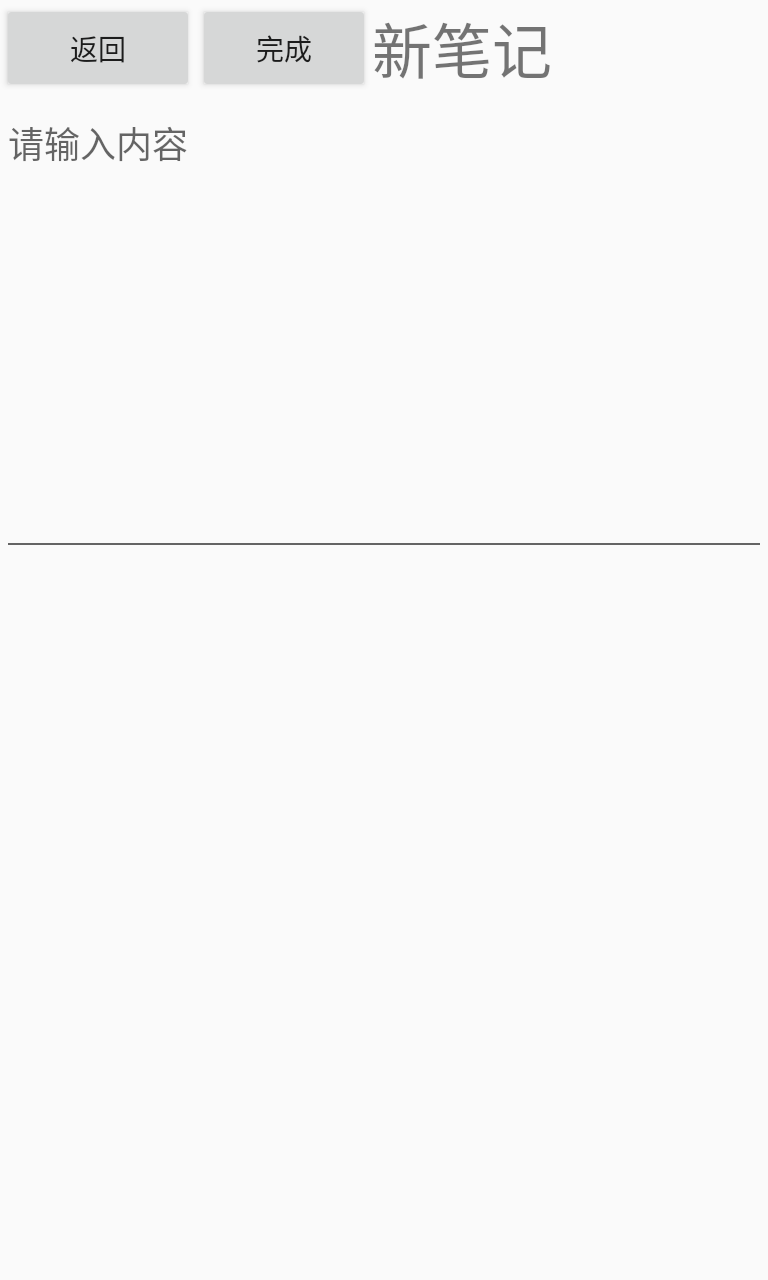
Repository: mxfpaul/Test
Layout: Note/MyNote2/res/layout/newnote.xml
An editor plug-in stored every save of this project. The layout is shown before and after the next save, followed by the edit.
It is drawn on a 768 x 1280 px phone screen (xhdpi) without system bars, with theme AppTheme; the app's code is not run.

Above is the layout before, as saved 2014-11-22 03:03:38.

After the next save:
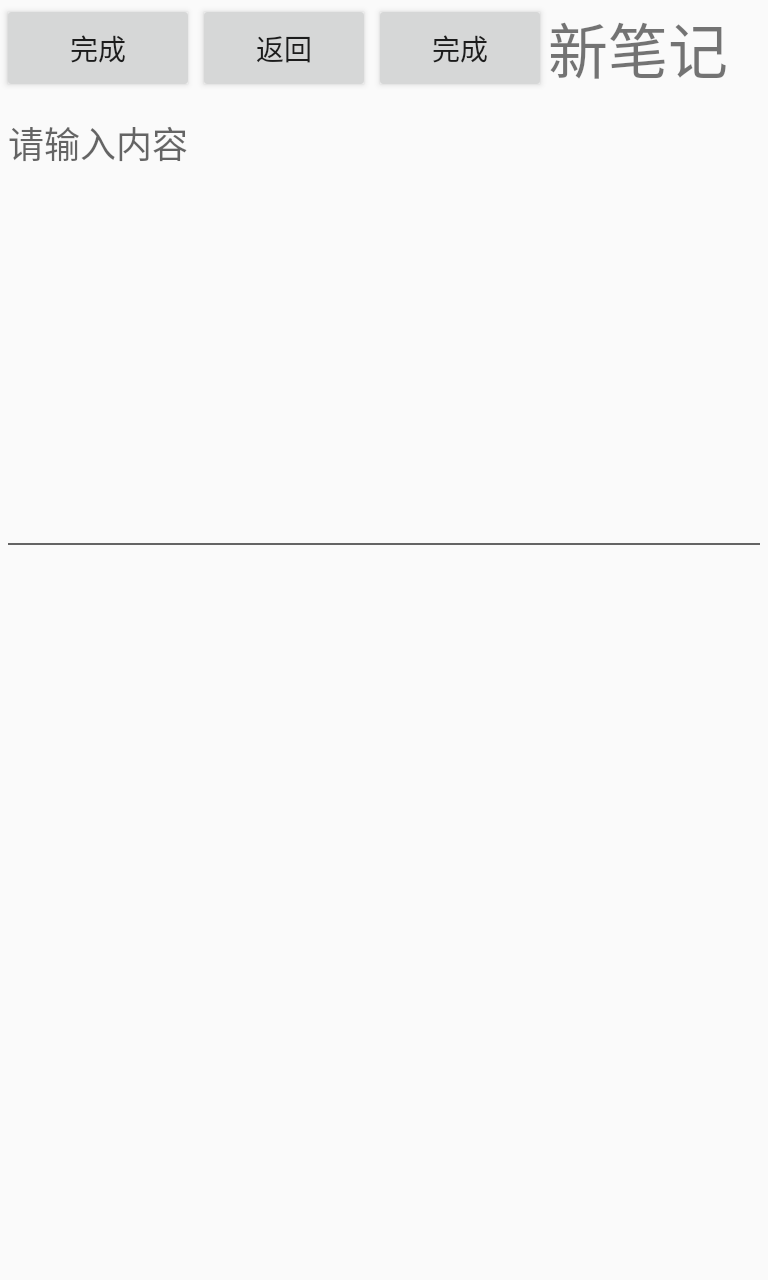
Saved 11 s later.
--- a/Note/MyNote2/res/layout/newnote.xml
+++ b/Note/MyNote2/res/layout/newnote.xml
@@ -10,6 +10,9 @@
         android:layout_height="wrap_content"
          >
 
+        <Button
+            android:id="@+id/new_button_new"
+            android:text="@string/new_button_text2" />
         <Button
             android:id="@+id/new_button_setting"
             android:text="@string/new_button_text1" />
